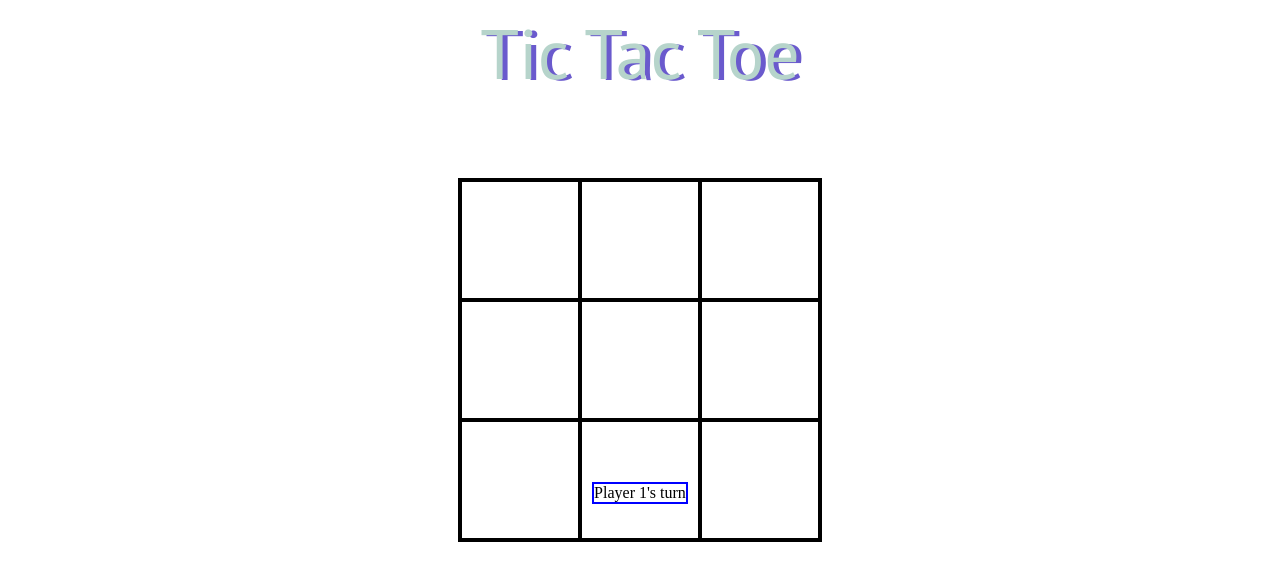
Repository: chin9/TicTacToe
Page: index.html
These files come from the project's save history. The page is drawn as it stood at one moment and after the next save; the edit follows.
The browser window is 1280 px wide. The pictures show the whole page.

Above is the page before, as saved 2021-05-15 20:58:58.

### index.html
<head>
    <link rel='stylesheet' href='style.css'>
</head>

<title> TicTacToe</title>

<header>Tic Tac Toe</header>


<body>
    <div class='board'>

        <div class='grid' id='0'>

        </div>

        <div class='grid' id='1'>

        </div>

        <div class='grid' id='2'>

        </div>

        <div class='grid' id='3'>

        </div>

        <div class='grid' id='4'>

        </div>

        <div class='grid' id='5'>

        </div>

        <div class='grid' id='6'>

        </div>

        <div class='grid' id='7'>

        </div>

        <div class='grid' id='8'>

        </div>

    </div>

    <div class='status' id='status'>
        Player 1's turn
    </div>
</body>

<script src='script.js'></script>

### style.css
@import url('https://fonts.googleapis.com/css2?family=PT+Sans&display=swap');


header{
    font-family: 'PT Sans', sans-serif;
    font-size: 70px;
    color: rgb(182, 212, 203);
    text-shadow: 5px 1px slateblue;
    text-align: center;
}

body{
    display: flex;
    flex-direction: column;
    align-items: center;

}

.board{
    height: 50vh;
    width: 50vh;

    position: relative;
    top: 80px;

    display: grid;
    grid-template-columns: 1fr 1fr 1fr;
    grid-template-rows: 1fr 1fr 1fr;

    border: 2px black solid;
}

.grid{
    border: 2px black solid;

    font-size: 50px;
    text-align: center;
    padding-top: 30px;


}

.status{
    position: relative;
    top: 20px;

    border: 2px blue solid;
}

### script.js


const gameboard = (() => {

    // 0: blank; 'O': circle; 'X': cross
    var grids = [0, 0, 0,
                 0, 0, 0,
                 0, 0, 0];

    function renderBoard() {

        for (let i = 0; i < 9; i++) {
            const grid = document.getElementById(`${i}`);
            if (grids[i] == 'O') {
                grid.textContent = 'O';
            } else if (grids[i] == 'X') {
                grid.textContent = 'X';
            } else {
                grid.textContent = '';
            }

        }

    };


    return {renderBoard};


})();


gameboard.renderBoard();

const player = (sign) => {

}

const player1 = player('O');
const player2 = player('X');

After the next save:
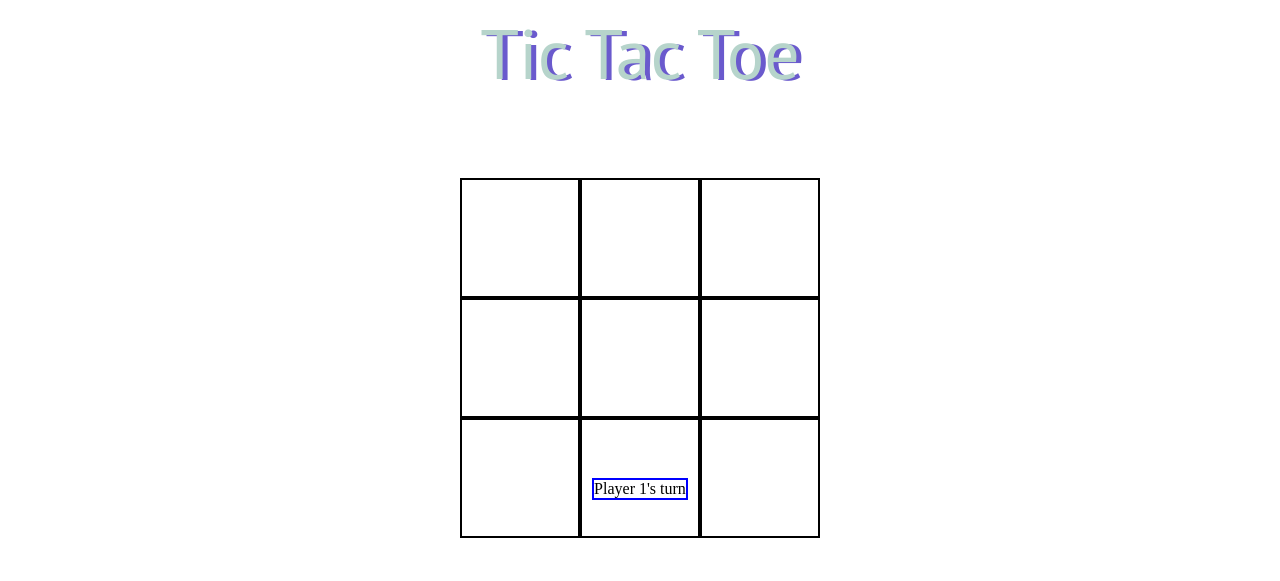
Saved 9 s later.
--- a/style.css
+++ b/style.css
@@ -27,7 +27,7 @@
     grid-template-columns: 1fr 1fr 1fr;
     grid-template-rows: 1fr 1fr 1fr;
 
-    border: 2px black solid;
+    /* border: 2px black solid; */
 }
 
 .grid{

After the save that followed:
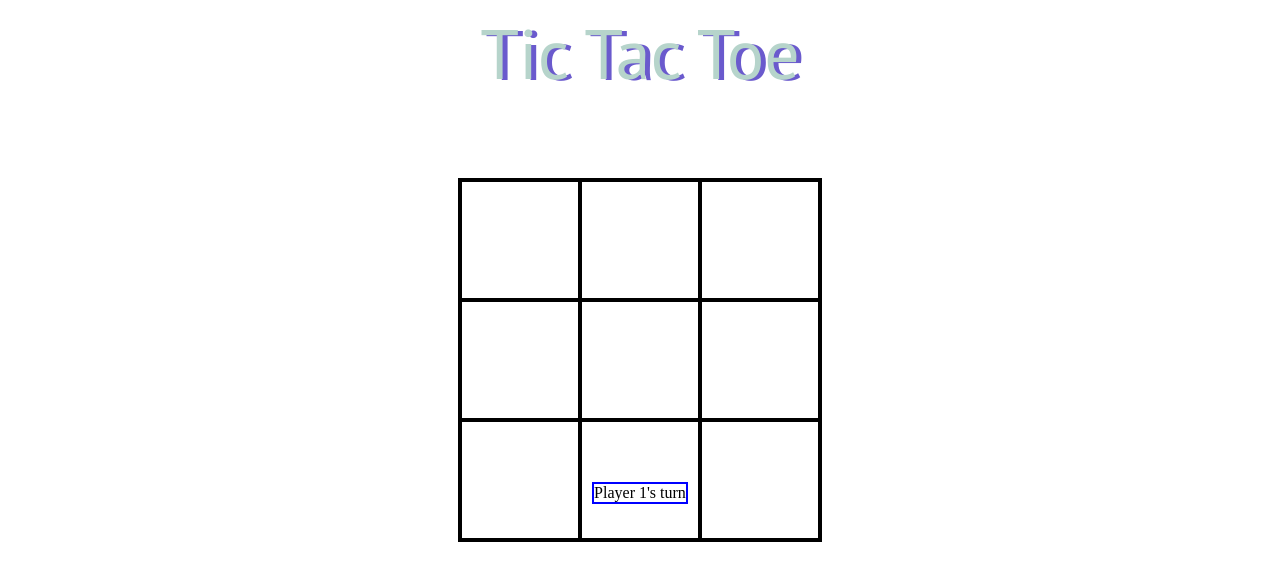
Saved 34 s later.
--- a/style.css
+++ b/style.css
@@ -27,7 +27,7 @@
     grid-template-columns: 1fr 1fr 1fr;
     grid-template-rows: 1fr 1fr 1fr;
 
-    /* border: 2px black solid; */
+    border: 2px black solid;
 }
 
 .grid{
